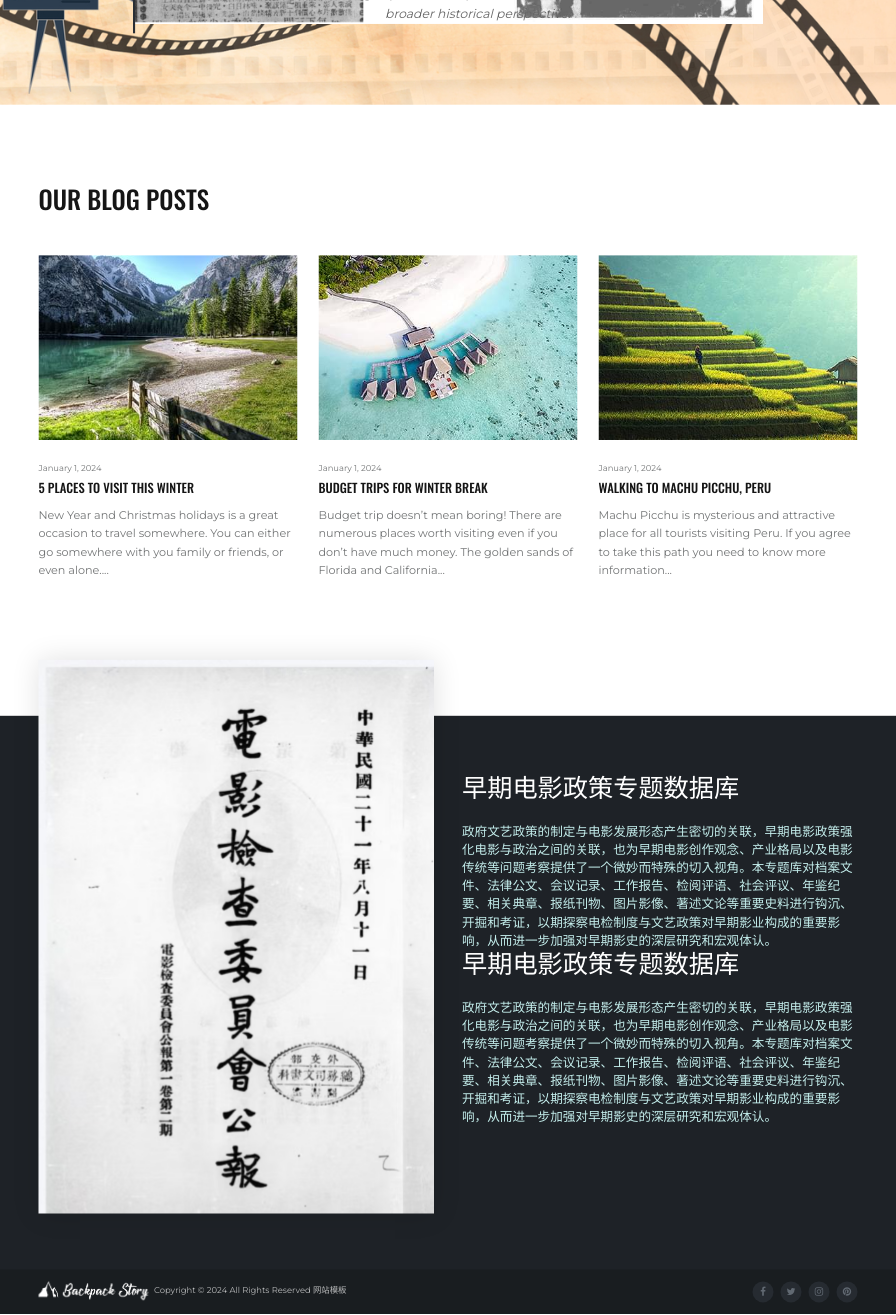
Repository: Jquarker/Modern-Film-Database
Page: index.html
An editor plug-in stored every save of this project. The page is shown before and after the next save, followed by the edit.
The browser window is 1280 px wide. The pictures show the part of the page from y = 4481 to 6401 px (the page is 6359 px tall before and 6401 px after), at 70% of full size.

Above is the page before, as saved 2025-02-21 15:28:43.

After the next save:
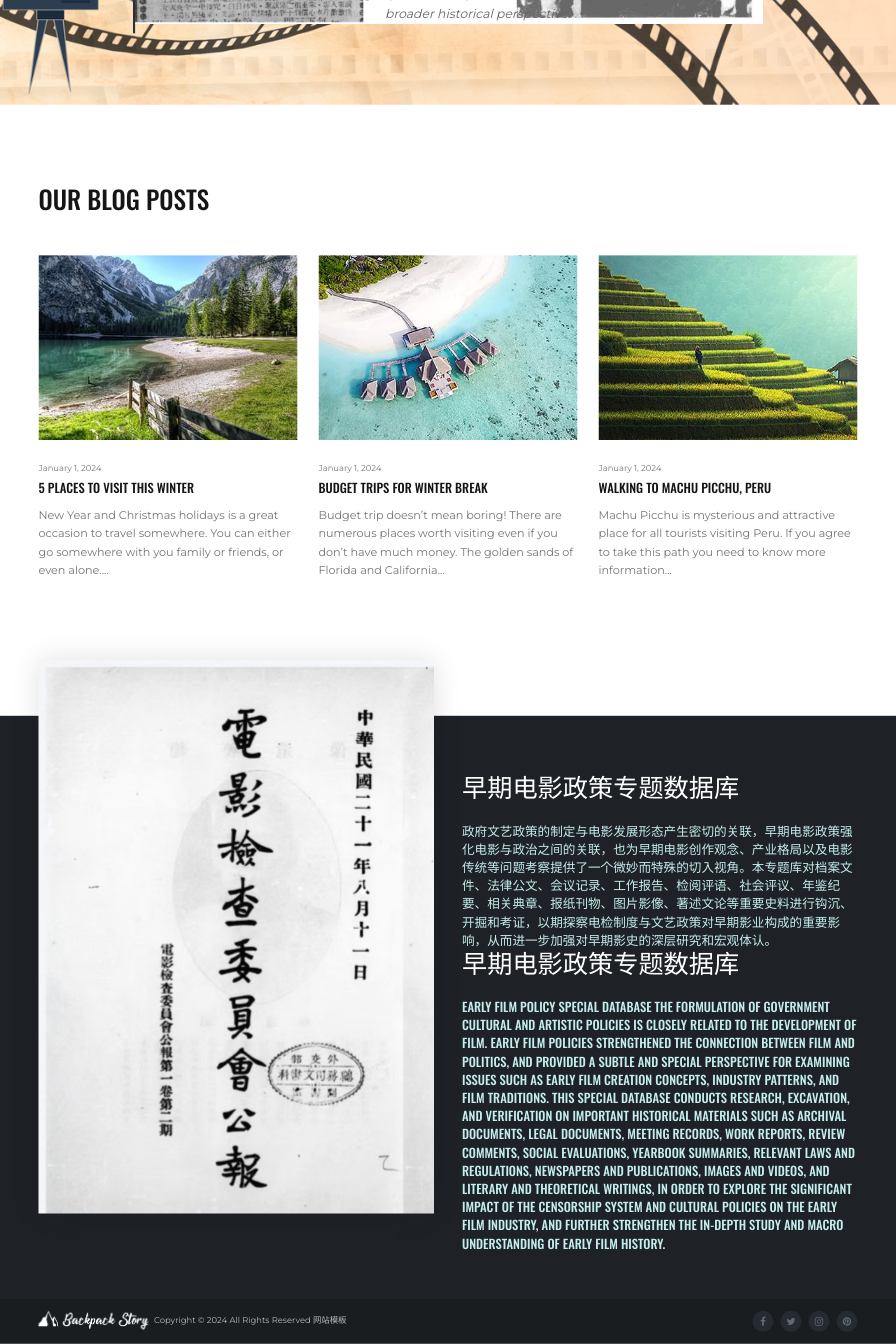
Saved 13 s later.
--- a/index.html
+++ b/index.html
@@ -339,7 +339,15 @@
                 <h5 class="text-primary">政府文艺政策的制定与电影发展形态产生密切的关联，早期电影政策强化电影与政治之间的关联，也为早期电影创作观念、产业格局以及电影传统等问题考察提供了一个微妙而特殊的切入视角。本专题库对档案文件、法律公文、会议记录、工作报告、检阅评语、社会评议、年鉴纪要、相关典章、报纸刊物、图片影像、著述文论等重要史料进行钩沉、开掘和考证，以期探察电检制度与文艺政策对早期影业构成的重要影响，从而进一步加强对早期影史的深层研究和宏观体认。</h5>
                 <h2>早期电影政策专题数据库</h2>
                 <h5 class="text-primary">
-                  政府文艺政策的制定与电影发展形态产生密切的关联，早期电影政策强化电影与政治之间的关联，也为早期电影创作观念、产业格局以及电影传统等问题考察提供了一个微妙而特殊的切入视角。本专题库对档案文件、法律公文、会议记录、工作报告、检阅评语、社会评议、年鉴纪要、相关典章、报纸刊物、图片影像、著述文论等重要史料进行钩沉、开掘和考证，以期探察电检制度与文艺政策对早期影业构成的重要影响，从而进一步加强对早期影史的深层研究和宏观体认。
+                  Early Film Policy Special Database
+                  The formulation of government cultural and artistic policies is closely related to the development of film. Early film
+                  policies strengthened the connection between film and politics, and provided a subtle and special perspective for
+                  examining issues such as early film creation concepts, industry patterns, and film traditions. This special database
+                  conducts research, excavation, and verification on important historical materials such as archival documents, legal
+                  documents, meeting records, work reports, review comments, social evaluations, yearbook summaries, relevant laws and
+                  regulations, newspapers and publications, images and videos, and literary and theoretical writings, in order to explore
+                  the significant impact of the censorship system and cultural policies on the early film industry, and further strengthen
+                  the in-depth study and macro understanding of early film history.
                 </h5>
                 <form class="rd-form rd-mailform rd-form-inline subscribe-form" data-form-output="form-output-global"
                   data-form-type="subscribe" method="post" action="bat/rd-mailform.php">
